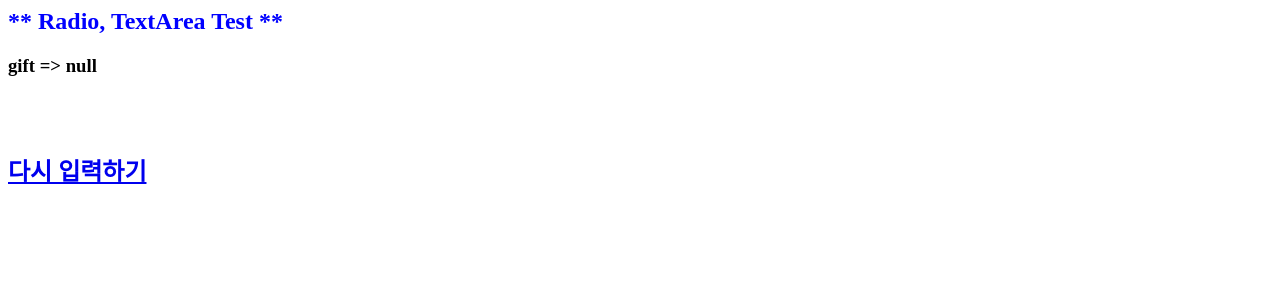
Repository: nameground/Java
Page: http://localhost/Web01/check
The author's editor kept a copy of each file at every save. The page is drawn from the files as they stood at one save, then again after the next save.
The browser window is 1280 px wide. The pictures show the whole page.
The page is served by Tomcat 9. Other server files are loaded and not shown.

Above is the page before, as saved 2023-10-10 08:20:35.

### mTest/Mywork/Web01/src/main/java/servlet02_form/Ex03_Check.java
package servlet02_form;

import java.io.IOException;
import java.io.PrintWriter;

import javax.servlet.ServletException;
import javax.servlet.annotation.WebServlet;
import javax.servlet.http.HttpServlet;
import javax.servlet.http.HttpServletRequest;
import javax.servlet.http.HttpServletResponse;

/**
 * Servlet implementation class Ex01_Adder
 */
@WebServlet("/check")
public class Ex03_Check extends HttpServlet {
	private static final long serialVersionUID = 1L;

	public Ex03_Check() {
		super();
	}

	protected void doGet(HttpServletRequest request, HttpServletResponse response) throws ServletException, IOException {
		// 1) 요청분석
		// => request Parameter 처리
		String[] gifts = request.getParameterValues("gift");


		// 2) Service 처리
		// 3) 결과 (View) 처리
		// => 한글, 출력객체 생성 & 출력
		response.setContentType("text/html; charset = UTF-8");
		PrintWriter out = response.getWriter();
		out.print("<html><body>");
		out.print("<h2 style='color:blue;'>** Radio, TextArea Test **</h2>");
		out.print("<h3> gift => " + gifts +"</h3>");
		out.print("<br><br><h2><a href='javascript:history.go(-1)'>다시 입력하기</a></h2><br>");
		out.print("</body></html>");

	}

}

After the next save:
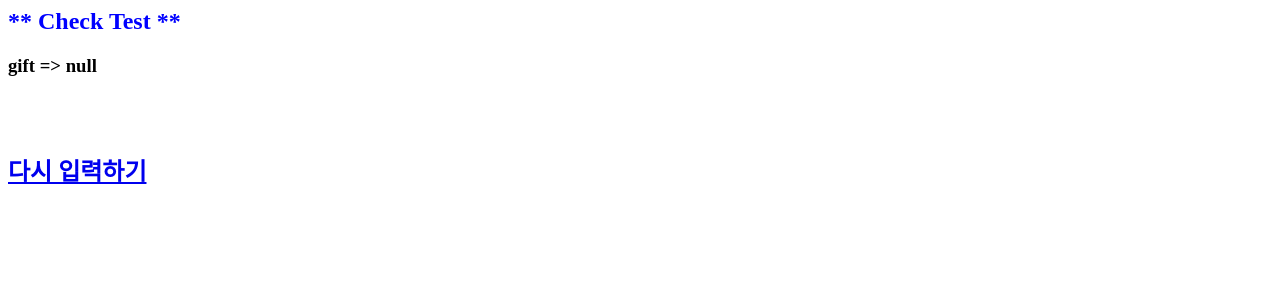
Saved 37 s later.
--- a/mTest/Mywork/Web01/src/main/java/servlet02_form/Ex03_Check.java
+++ b/mTest/Mywork/Web01/src/main/java/servlet02_form/Ex03_Check.java
@@ -32,7 +32,7 @@ public class Ex03_Check extends HttpServlet {
 		response.setContentType("text/html; charset = UTF-8");
 		PrintWriter out = response.getWriter();
 		out.print("<html><body>");
-		out.print("<h2 style='color:blue;'>** Radio, TextArea Test **</h2>");
+		out.print("<h2 style='color:blue;'>** Check Test **</h2>");
 		out.print("<h3> gift => " + gifts +"</h3>");
 		out.print("<br><br><h2><a href='javascript:history.go(-1)'>다시 입력하기</a></h2><br>");
 		out.print("</body></html>");
